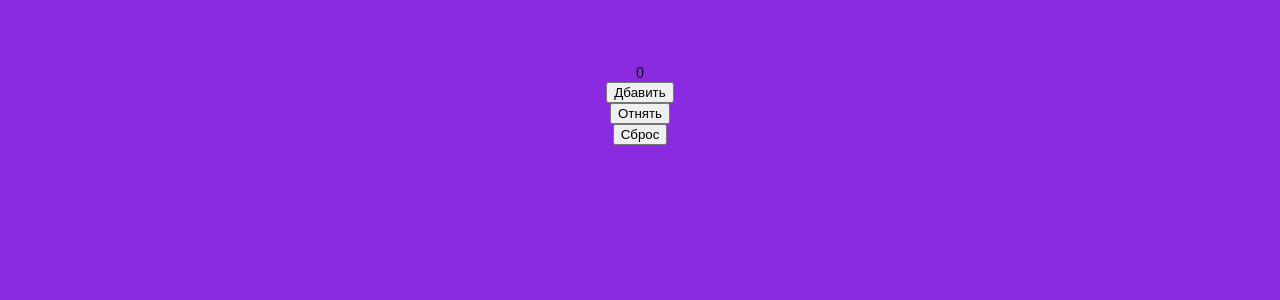
Repository: Denzoll/redux-toolkit-counter
Page: /
An editor plug-in stored every save of this project. The page is shown before and after a run of saves, followed by the edit.
The browser window is 1280 px wide. The pictures show the whole page.
The project was rebuilt for these pictures with package versions that can differ from the ones it lists, and the page was loaded fresh each time. Also part of the build but not shown: src/index.css.

Above is the page before, as saved 2022-06-27 13:31:12.

### src/index.js
import React from 'react';
import ReactDOM from 'react-dom/client';
import './index.css';
import App from './App';
import { store } from './app/store';
import { Provider } from 'react-redux/es/exports';


const root = ReactDOM.createRoot(document.getElementById('root'));
root.render(

   <Provider store={store}>
    <App />

  </Provider>

);

// If you want to start measuring performance in your app, pass a function
// to log results (for example: reportWebVitals(console.log))
// or send to an analytics endpoint. Learn more: https://bit.ly/CRA-vitals

### src/App.js
import { useSelector, useDispatch } from "react-redux";
import { minus, plus, zero } from "./feauters/counterReducer";
import './App.css'

function App() {
  const num = useSelector((state) => state.counter);
  const dispach = useDispatch();
  const handleInc = () => {
    dispach(plus());
  };
  const handleDel = () => {
    dispach(minus());
  };

  const z = () => {
    dispach(zero());
  };
  return (
    <>
    <div className="cont">
      <div className="count">{num}</div>
      <button onClick={handleInc}> Дбавить </button>
      <button onClick={handleDel}>Отнять</button>
      <button onClick={z}> Сброс </button>
      </div>
    </>
  );
}

export default App;

### src/app/store.js
import { configureStore } from "@reduxjs/toolkit";
import counterReducer from "../feauters/counterReducer";

export const  store = configureStore({
    reducer:counterReducer
})

### src/feauters/counterReducer.js
import { createAction } from "@reduxjs/toolkit/";
import { createReducer } from "@reduxjs/toolkit";

const initialState = {
  counter: 0,
};
export const plus = createAction("plus");
export const minus = createAction("minus");
export const zero = createAction("zero");

const counterReducer = createReducer(initialState, (builder) => {
  builder
    .addCase(plus, (state, action) => {
      state.counter += 1;
    })
    .addCase(minus, (state) => {
      if (state.counter > 0) {
        state.counter -= 1;
      }
    })
    .addCase(zero, (state) => {
      state.counter = 0;
    });
});

export default counterReducer;

### src/App.css
body {
  background-color: blueviolet;
  margin:0 auto;
  width: 90%;
  margin-top: 5%;
}



.cont {
  display: flex;
  flex-direction: column;
  align-items: center;
}
/*
.count {
  font-size: 100px;
  margin-left: 7%;
} */

Loaded but not shown: public/index.html (common file)

After the next 5 saves:
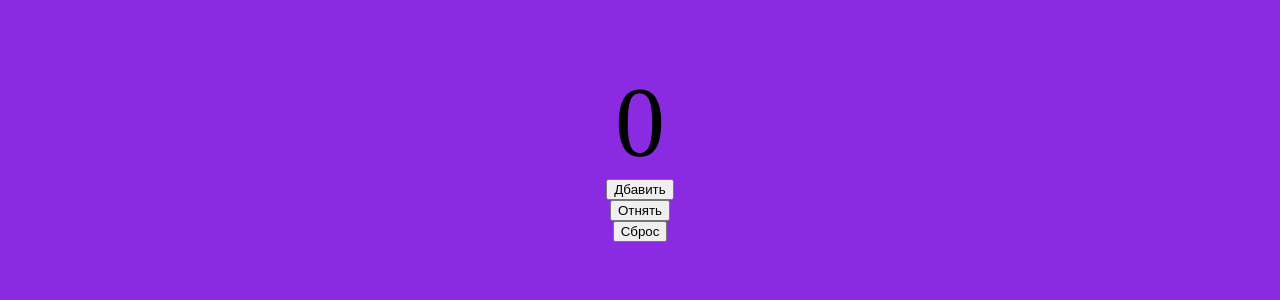
The 5 saves are shown as one change because they came seconds apart.
The last was saved 22 s later.
--- a/src/App.css
+++ b/src/App.css
@@ -12,8 +12,8 @@ body {
   flex-direction: column;
   align-items: center;
 }
-/*
+
 .count {
   font-size: 100px;
-  margin-left: 7%;
-} */
+
+}
